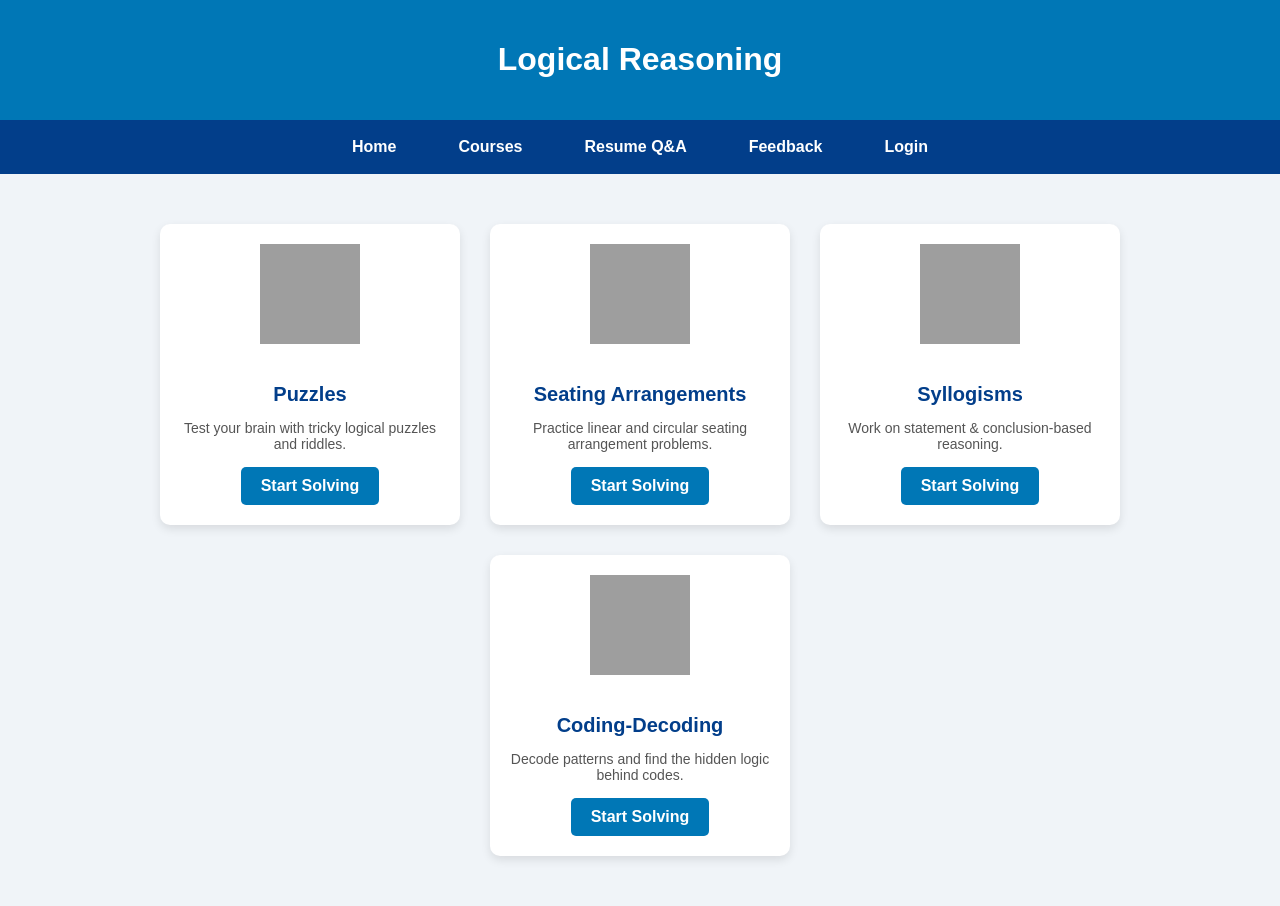
Repository: Mathin04/Online-Interview-Platform-
Page: urls/logical.html
The author's editor kept a copy of each file at every save. The page is drawn from the files as they stood at one save, then again after the next save.
The browser window is 1280 px wide. The pictures show the whole page.
Pictures or frames that could not be fetched are drawn as grey boxes.

Above is the page before, as saved 2025-10-08 13:50:24.

### urls/logical.html
<!DOCTYPE html>
<html lang="en">
<head>
  <meta charset="UTF-8">
  <title>Logical Questions | M-Terview</title>
  <style>
    body {
      font-family: Arial, sans-serif;
      margin: 0;
      padding: 0;
      background: #f0f4f8;
    }

    header {
      padding: 20px;
      background: #0077b6;
      color: white;
      text-align: center;
    }

    nav {
      display: flex;
      justify-content: center;
      background: #023e8a;
      padding: 10px 0;
    }

    nav a {
      margin: 0 15px;
      color: white;
      text-decoration: none;
      font-weight: bold;
      padding: 8px 16px;
      border-radius: 5px;
      transition: 0.3s;
    }

    nav a:hover {
      background: #0077b6;
    }

    .logical-container {
      display: flex;
      flex-wrap: wrap;
      justify-content: center;
      padding: 50px 20px;
      gap: 30px;
    }

    .logical-card {
      background: white;
      border-radius: 10px;
      box-shadow: 0 4px 10px rgba(0,0,0,0.1);
      width: 260px;
      text-align: center;
      padding: 20px;
      transition: 0.3s;
    }

    .logical-card:hover {
      transform: translateY(-5px);
      box-shadow: 0 6px 15px rgba(0,0,0,0.2);
    }

    .logical-card img {
      width: 100px;
      height: 100px;
      margin-bottom: 15px;
    }

    .logical-card h3 {
      font-size: 20px;
      margin-bottom: 10px;
      color: #023e8a;
    }

    .logical-card p {
      font-size: 14px;
      color: #555;
      margin-bottom: 15px;
    }

    .start-btn {
      display: inline-block;
      padding: 10px 20px;
      background: #0077b6;
      color: white;
      border: none;
      border-radius: 5px;
      cursor: pointer;
      text-decoration: none;
      font-weight: bold;
      transition: 0.3s;
    }

    .start-btn:hover {
      background: #023e8a;
    }

    @media screen and (max-width: 768px) {
      .logical-container { flex-direction: column; align-items: center; }
      .logical-card { width: 80%; }
    }
  </style>
</head>
<body>

<header>
  <h1>Logical Reasoning</h1>
</header>

<nav>
  <a href="../index.html">Home</a>
  <a href="courses.html">Courses</a>
  <a href="resume.html">Resume Q&A</a>
  <a href="feedback.html">Feedback</a>
  <a href="login.html">Login</a>
</nav>

<div class="logical-container">
  <div class="logical-card">
    <img src="../images/puzzle.png" alt="Puzzles">
    <h3>Puzzles</h3>
    <p>Test your brain with tricky logical puzzles and riddles.</p>
    <a href="puzzles.html" class="start-btn">Start Solving</a>
  </div>

  <div class="logical-card">
    <img src="../images/seating.png" alt="Seating">
    <h3>Seating Arrangements</h3>
    <p>Practice linear and circular seating arrangement problems.</p>
    <a href="seating.html" class="start-btn">Start Solving</a>
  </div>

  <div class="logical-card">
    <img src="../images/syllogism.png" alt="Syllogisms">
    <h3>Syllogisms</h3>
    <p>Work on statement & conclusion-based reasoning.</p>
    <a href="syllogisms.html" class="start-btn">Start Solving</a>
  </div>

  <div class="logical-card">
    <img src="../images/coding.png" alt="Coding-Decoding">
    <h3>Coding-Decoding</h3>
    <p>Decode patterns and find the hidden logic behind codes.</p>
    <a href="coding.html" class="start-btn">Start Solving</a>
  </div>
</div>

</body>
</html>

After the next save:
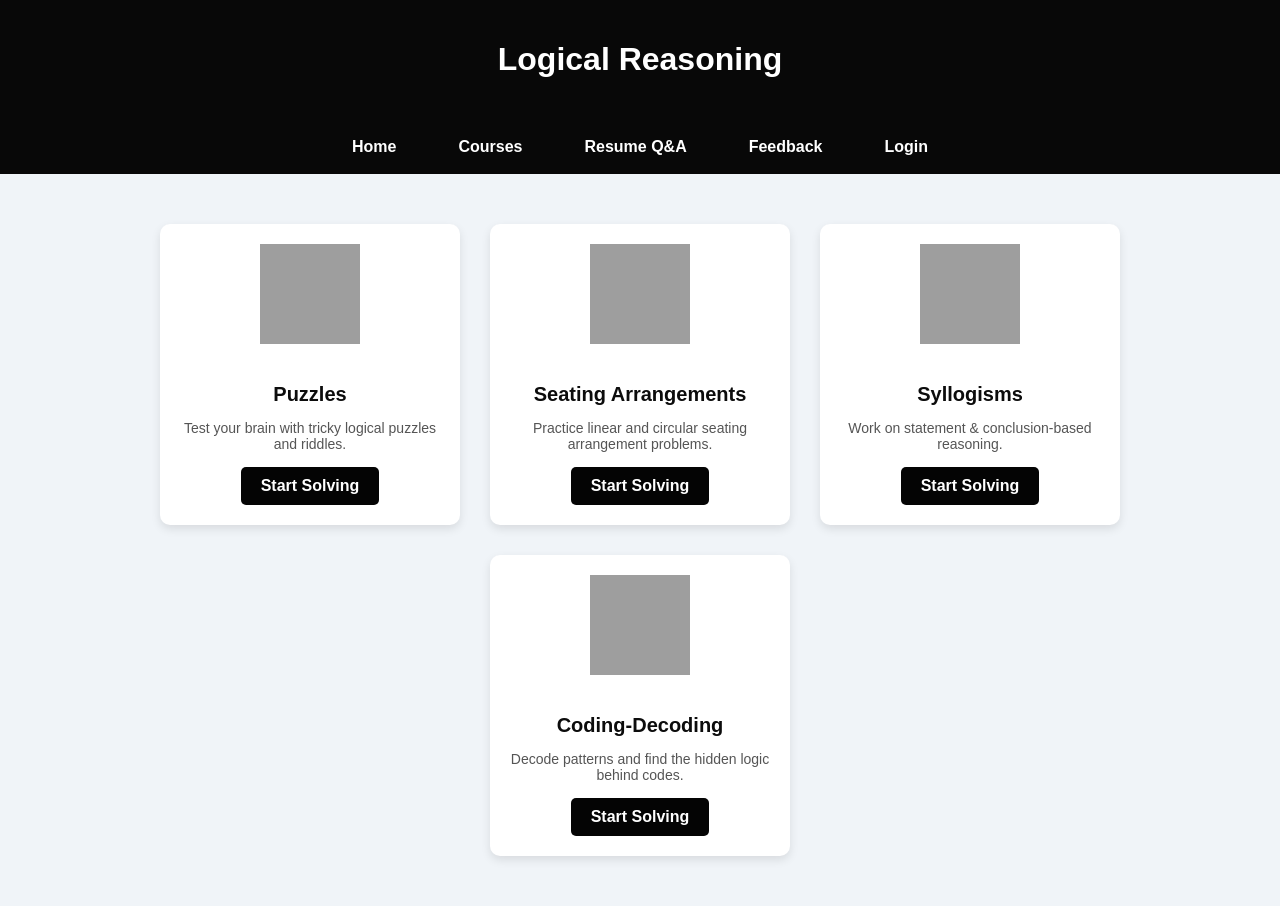
Saved 80 s later.
--- a/urls/logical.html
+++ b/urls/logical.html
@@ -13,7 +13,7 @@
 
     header {
       padding: 20px;
-      background: #0077b6;
+      background: #080808;
       color: white;
       text-align: center;
     }
@@ -21,7 +21,7 @@
     nav {
       display: flex;
       justify-content: center;
-      background: #023e8a;
+      background: #080808;
       padding: 10px 0;
     }
 
@@ -36,7 +36,7 @@
     }
 
     nav a:hover {
-      background: #0077b6;
+      background: #0a0a0a;
     }
 
     .logical-container {
@@ -71,7 +71,7 @@
     .logical-card h3 {
       font-size: 20px;
       margin-bottom: 10px;
-      color: #023e8a;
+      color: #0c0c0c;
     }
 
     .logical-card p {
@@ -83,7 +83,7 @@
     .start-btn {
       display: inline-block;
       padding: 10px 20px;
-      background: #0077b6;
+      background: #040404;
       color: white;
       border: none;
       border-radius: 5px;
@@ -94,7 +94,7 @@
     }
 
     .start-btn:hover {
-      background: #023e8a;
+      background: #0d0d0e;
     }
 
     @media screen and (max-width: 768px) {
